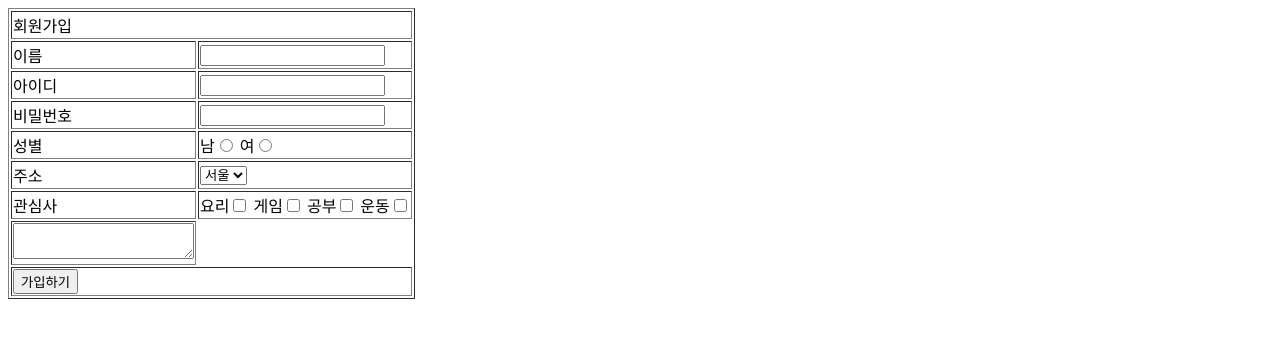
Repository: AiharaAkira/jsp
Page: WebWorkSpace/02_InputOutput/src/main/webapp/reg.html
The author's editor kept a copy of each file at every save. The page is drawn from the files as they stood at one save, then again after the next save.
The browser window is 1280 px wide. The pictures show the whole page.

Above is the page before, as saved 2021-11-08 02:55:04.

After the next save:
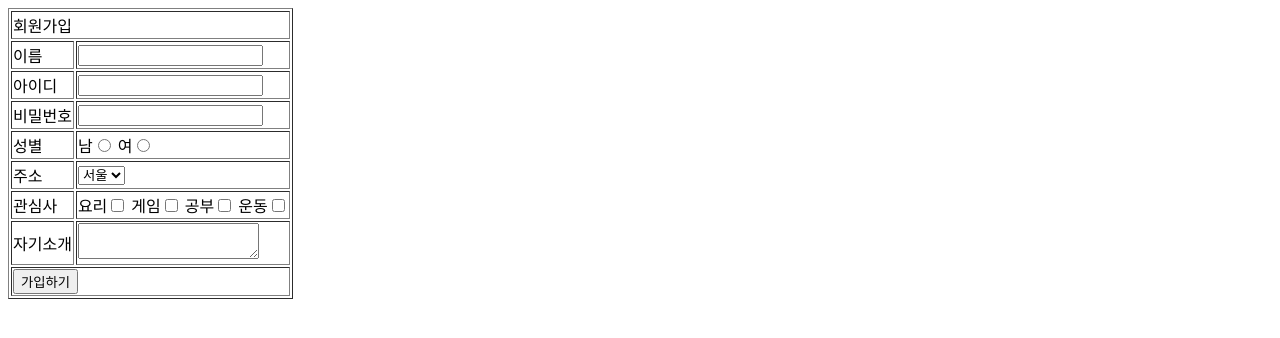
Saved 23 s later.
--- a/WebWorkSpace/02_InputOutput/src/main/webapp/reg.html
+++ b/WebWorkSpace/02_InputOutput/src/main/webapp/reg.html
@@ -38,6 +38,7 @@
 				운동<input type="checkbox" value="운동"></td>
 			</tr>
 			<tr>
+				<td>자기소개</td>
 				<td><textarea></textarea></td>
 			</tr>
 			<tr>
